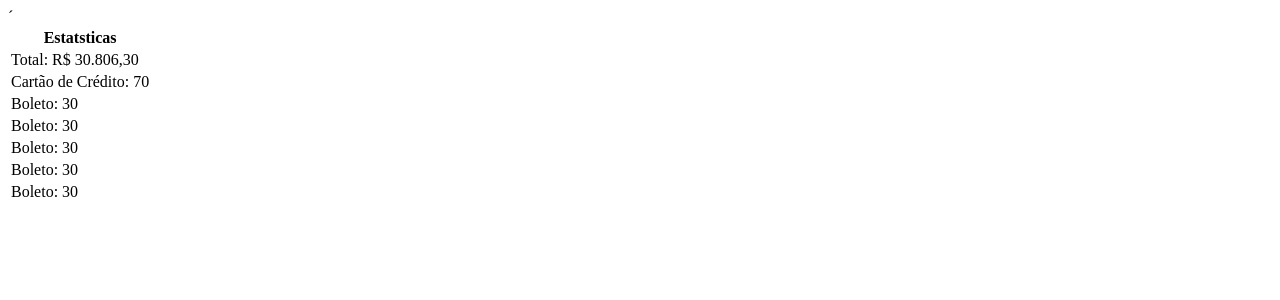
Repository: lucasleitedosreis/exercicios-praticando-typescript
Page: index.html
The author's editor kept a copy of each file at every save. The page is drawn from the files as they stood at one save, then again after the next save.
The browser window is 1280 px wide. The pictures show the whole page.
The page's requests for data from a server got no answer.

Above is the page before, as saved 2023-04-13 13:34:54.

After the next save:
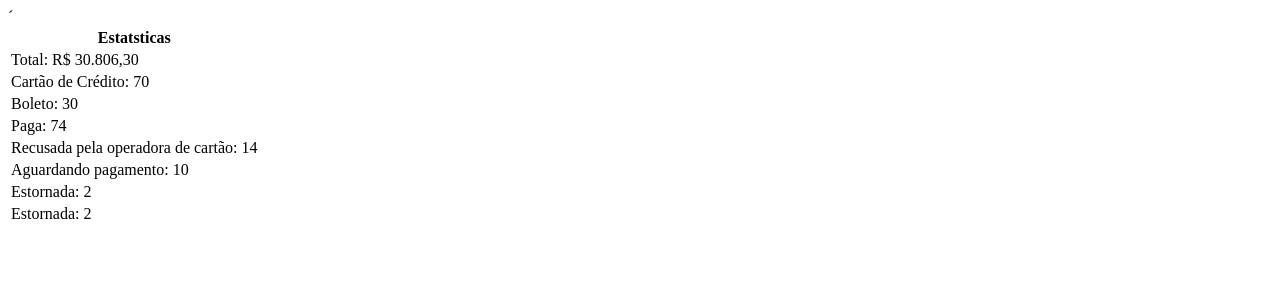
Saved 43 s later.
--- a/index.html
+++ b/index.html
@@ -27,16 +27,19 @@
                 <td>Boleto: 30</td>
             </tr>
             <tr>
-                <td>Boleto: 30</td>
+                <td>Paga: 74</td>
             </tr>
             <tr>
-                <td>Boleto: 30</td>
+                <td>Recusada pela operadora de cartão: 14</td>
             </tr>
             <tr>
-                <td>Boleto: 30</td>
+                <td>Aguardando pagamento: 10</td>
             </tr>
             <tr>
-                <td>Boleto: 30</td>
+                <td>Estornada: 2</td>
+            </tr>
+            <tr>
+                <td>Estornada: 2</td>
             </tr>
         </tbody>
 
